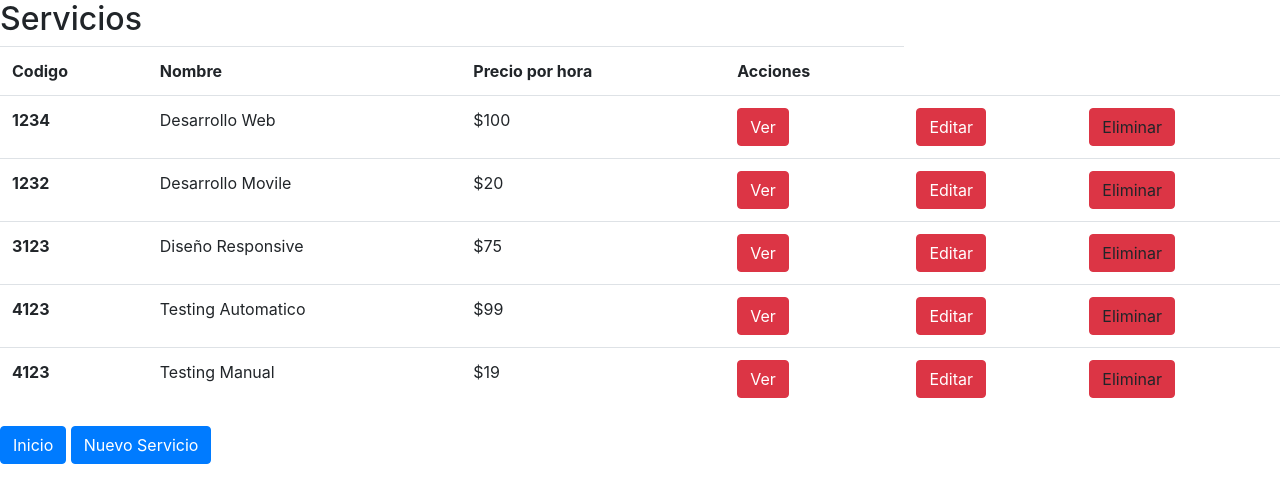
Repository: Alemartinez97/New-Repository
Page: programacion-3/tp4/carrito/detalleCompra/producto.html
An editor plug-in stored every save of this project. The page is shown before and after the next save, followed by the edit.
The browser window is 1280 px wide. The pictures show the whole page.

Above is the page before, as saved 2020-06-18 17:10:42.

### programacion-3/tp4/carrito/detalleCompra/producto.html
<!DOCTYPE html>
<html lang="en">
<head>
    <meta charset="UTF-8">
    <meta name="viewport" content="width=device-width, initial-scale=1.0">
    <title>Bienvenido</title>
    <link rel="stylesheet" href="https://stackpath.bootstrapcdn.com/bootstrap/4.5.0/css/bootstrap.min.css" integrity="sha384-9aIt2nRpC12Uk9gS9baDl411NQApFmC26EwAOH8WgZl5MYYxFfc+NcPb1dKGj7Sk" crossorigin="anonymous">
</head>
<body>
    <table class="table">
        <h2>Servicios</h2>
        <tbody>
          <tr>
            <th>Codigo</th>
            <th>Nombre</th>
            <th>Precio por hora</th>
            <th>Acciones</th>
          </tr>
          <tr>
            <th>1234</th>
            <td>Desarrollo Web</td>
            <td>$100</td>
            <td><a href="ver/ver.html" class="btn btn-danger">Ver</a></td>
            <td><a href="ver/ver.html" class="btn btn-danger">Editar</a></td>
            <td><a class="btn btn-danger">Eliminar</a></td>
          </tr>
          <tr>
            <th>1232</th>
            <td>Desarrollo Movile</td>
            <td>$20</td>
            <td><a href="ver/ver.html" class="btn btn-danger">Ver</a></td>
            <td><a href="ver/ver.html" class="btn btn-danger">Editar</a></td>
            <td><a class="btn btn-danger">Eliminar</a></td>
          </tr>
          <tr>
            <th>3123</th>
            <td>Diseño Responsive</td>
            <td>$75</td>
            <td><a href="ver/ver.html" class="btn btn-danger">Ver</a></td>
            <td><a href="ver/ver.html" class="btn btn-danger">Editar</a></td>
            <td><a class="btn btn-danger">Eliminar</a></td>
          </tr>
          <tr>
            <th>4123</th>
            <td>Testing Automatico</td>
            <td>$99</td>
            <td><a href="ver/ver.html" class="btn btn-danger">Ver</a></td>
            <td><a href="ver/ver.html" class="btn btn-danger">Editar</a></td>
            <td><a class="btn btn-danger">Eliminar</a></td>
          </tr>
          <tr>
            <th>4123</th>
            <td>Testing Manual</td>
            <td>$19</td>
            <td><a href="ver/ver.html" class="btn btn-danger">Ver</a></td>
            <td><a href="ver/ver.html" class="btn btn-danger">Editar</a></td>
            <td><a class="btn btn-danger">Eliminar</a></td>
          </tr>
        </tbody>
      </table>
      <a href="../index.html" class="btn btn-primary">Inicio</a>
      <a href="../servicios/formulario/form.html" class="btn btn-primary">Nuevo Servicio</a>
</body>
</html>

### programacion-3/tp4/js/producto.js
function enviarDatos() {


    let codigo = document.getElementById("codigo").value;
    let nombre = document.getElementById("nombre").value;
    let marca = document.getElementById("marca").value;
    let precio = document.getElementById("precio").value;

    let request = { codigo: codigo, nombre: nombre, marca: marca, precio: precio};

        document.getElementById("resultado").innerHTML = JSON.stringify(request);
        console.log("Detalle del Producto: ",request);
        setTimeout(function() {
            debugger
            alert("Enviado");
            document.getElementById("resultado").innerHTML = JSON.stringify(request) + "... Enviada exitosamente";
        }, 3000);
    }

After the next save:
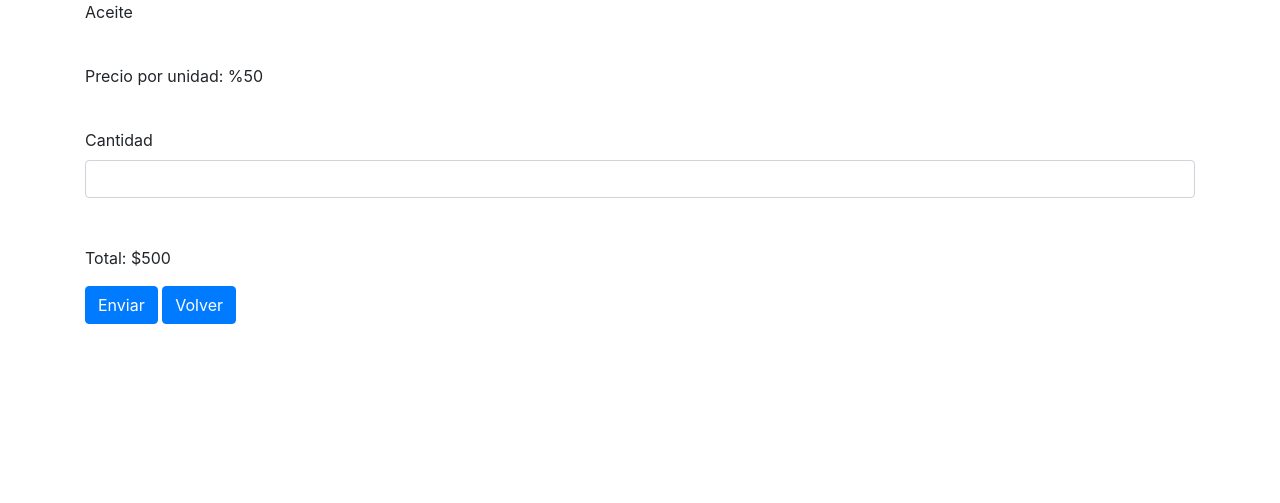
Saved 5 min 13 s later.
--- a/programacion-3/tp4/carrito/detalleCompra/producto.html
+++ b/programacion-3/tp4/carrito/detalleCompra/producto.html
@@ -7,58 +7,23 @@
     <link rel="stylesheet" href="https://stackpath.bootstrapcdn.com/bootstrap/4.5.0/css/bootstrap.min.css" integrity="sha384-9aIt2nRpC12Uk9gS9baDl411NQApFmC26EwAOH8WgZl5MYYxFfc+NcPb1dKGj7Sk" crossorigin="anonymous">
 </head>
 <body>
-    <table class="table">
-        <h2>Servicios</h2>
-        <tbody>
-          <tr>
-            <th>Codigo</th>
-            <th>Nombre</th>
-            <th>Precio por hora</th>
-            <th>Acciones</th>
-          </tr>
-          <tr>
-            <th>1234</th>
-            <td>Desarrollo Web</td>
-            <td>$100</td>
-            <td><a href="ver/ver.html" class="btn btn-danger">Ver</a></td>
-            <td><a href="ver/ver.html" class="btn btn-danger">Editar</a></td>
-            <td><a class="btn btn-danger">Eliminar</a></td>
-          </tr>
-          <tr>
-            <th>1232</th>
-            <td>Desarrollo Movile</td>
-            <td>$20</td>
-            <td><a href="ver/ver.html" class="btn btn-danger">Ver</a></td>
-            <td><a href="ver/ver.html" class="btn btn-danger">Editar</a></td>
-            <td><a class="btn btn-danger">Eliminar</a></td>
-          </tr>
-          <tr>
-            <th>3123</th>
-            <td>Diseño Responsive</td>
-            <td>$75</td>
-            <td><a href="ver/ver.html" class="btn btn-danger">Ver</a></td>
-            <td><a href="ver/ver.html" class="btn btn-danger">Editar</a></td>
-            <td><a class="btn btn-danger">Eliminar</a></td>
-          </tr>
-          <tr>
-            <th>4123</th>
-            <td>Testing Automatico</td>
-            <td>$99</td>
-            <td><a href="ver/ver.html" class="btn btn-danger">Ver</a></td>
-            <td><a href="ver/ver.html" class="btn btn-danger">Editar</a></td>
-            <td><a class="btn btn-danger">Eliminar</a></td>
-          </tr>
-          <tr>
-            <th>4123</th>
-            <td>Testing Manual</td>
-            <td>$19</td>
-            <td><a href="ver/ver.html" class="btn btn-danger">Ver</a></td>
-            <td><a href="ver/ver.html" class="btn btn-danger">Editar</a></td>
-            <td><a class="btn btn-danger">Eliminar</a></td>
-          </tr>
-        </tbody>
-      </table>
-      <a href="../index.html" class="btn btn-primary">Inicio</a>
-      <a href="../servicios/formulario/form.html" class="btn btn-primary">Nuevo Servicio</a>
+    <div class="container">
+        <form class="form-group">
+            <p>Aceite</p>
+        </br>
+        <p>Precio por unidad: %50</p>
+        </br>
+            <label for="">Cantidad</label>
+            <input type="number" id="marca" class="form-control"  aria-describedby="emailHelp" required><br>
+        </br>
+        <p>Total: $500</>
+    </br>
+        </form>
+
+        <button onclick="enviarDatos()" class="btn btn-primary">Enviar</button>
+        <a href="../producto.html" class="btn btn-primary">Volver</a>
+        <h3 id="resultado"></h3>
+        <script src="../../js/producto.js"></script>
+    </div>
 </body>
 </html>
